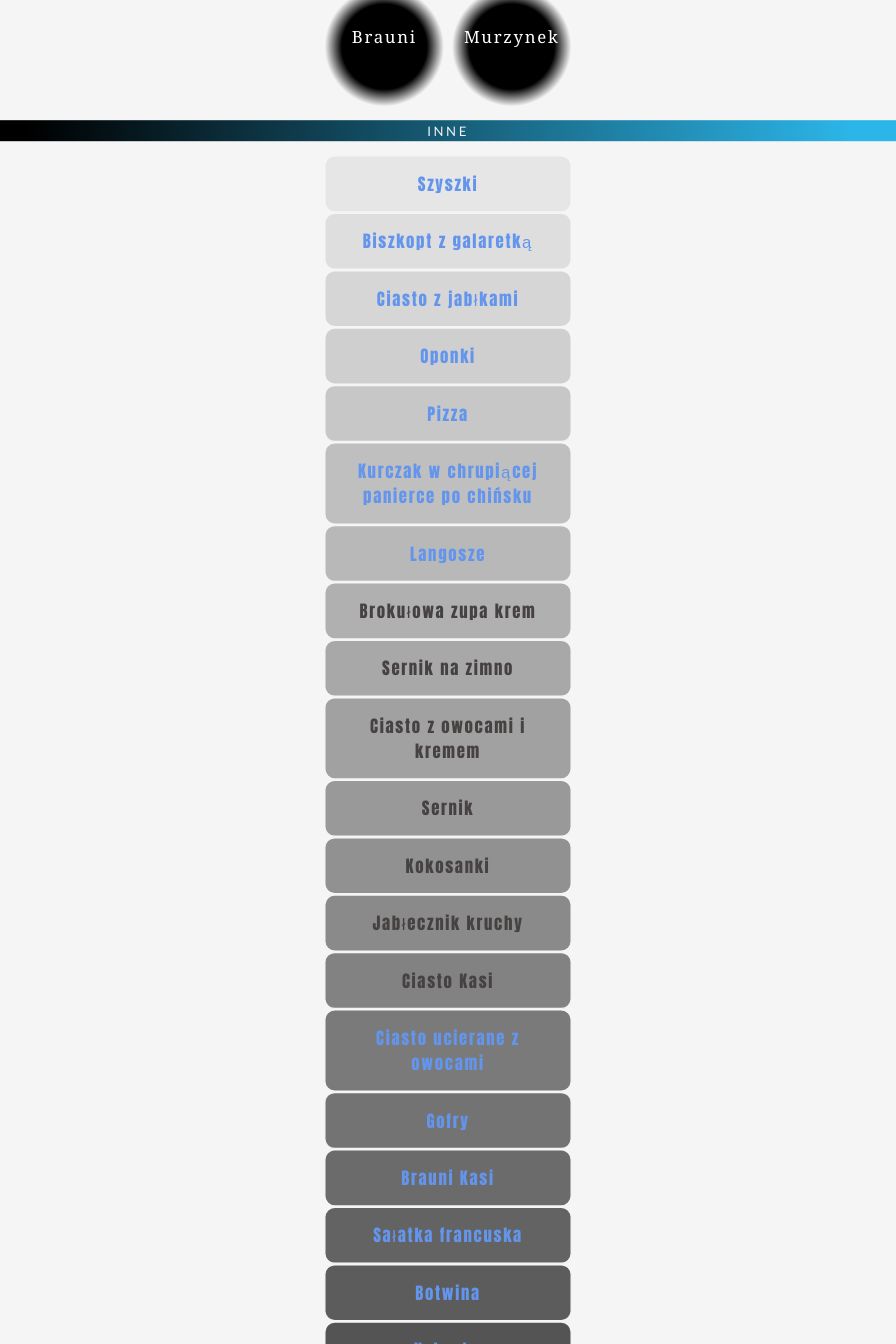
Repository: yaoayh/przepisy
Page: index.html
An editor plug-in stored every save of this project. The page is shown before and after the next save, followed by the edit.
The browser window is 1280 px wide. The pictures show the part of the page from y = 534 to 2454 px (the page is 3137 px tall), at 70% of full size.

Above is the page before, as saved 2020-08-14 18:14:54.

After the next save:
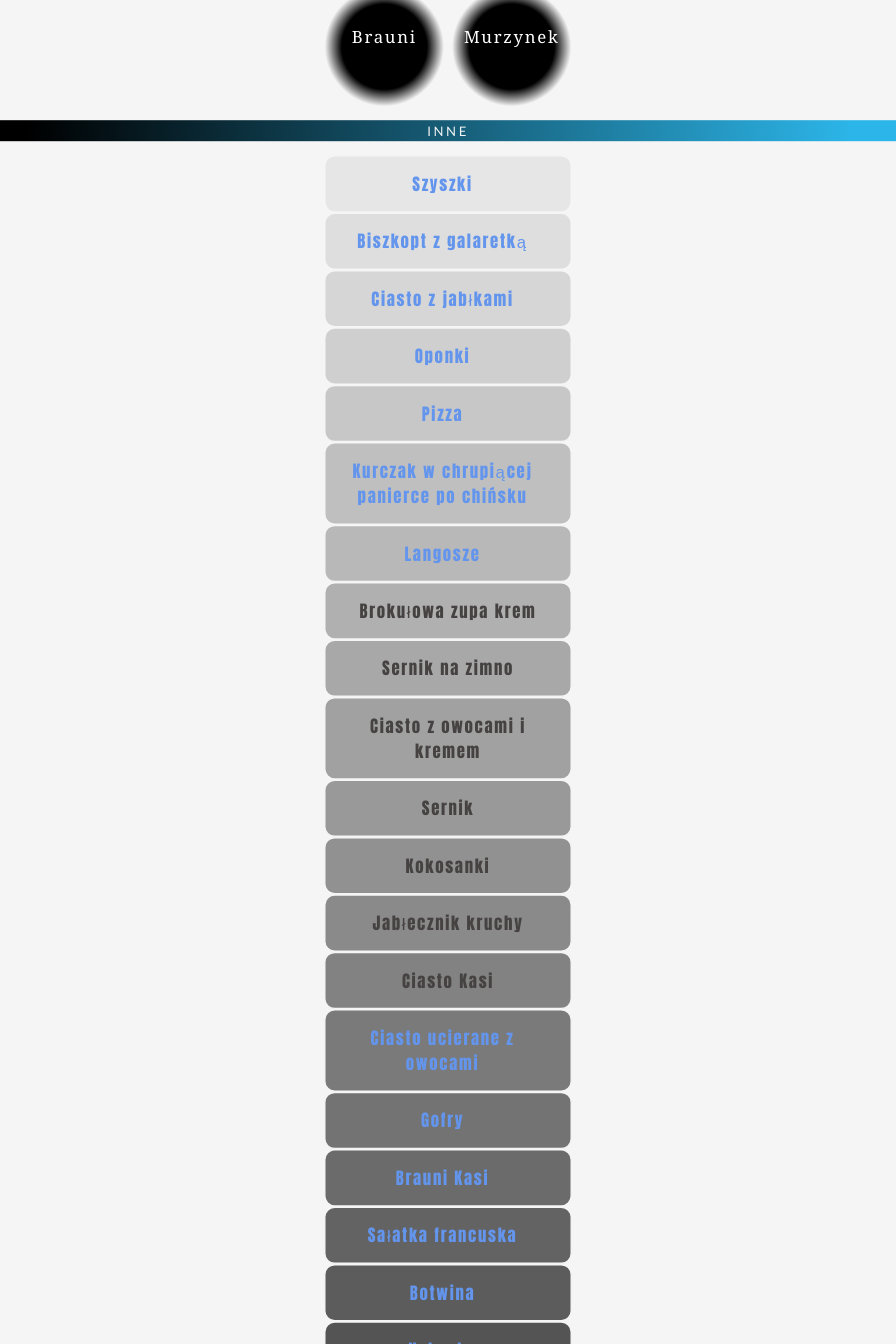
Saved 32 s later.
--- a/css/styles.css
+++ b/css/styles.css
@@ -152,7 +152,7 @@ p.p1{
     padding: 21px;
     color: cornflowerblue;
     animation-name: moving;
-    animation-duration: 1s;
+    animation-duration: 20s;
     animation-timing-function:cubic-bezier(.58,-1.24,.29,1.98) ;
 }
 #bigger {
